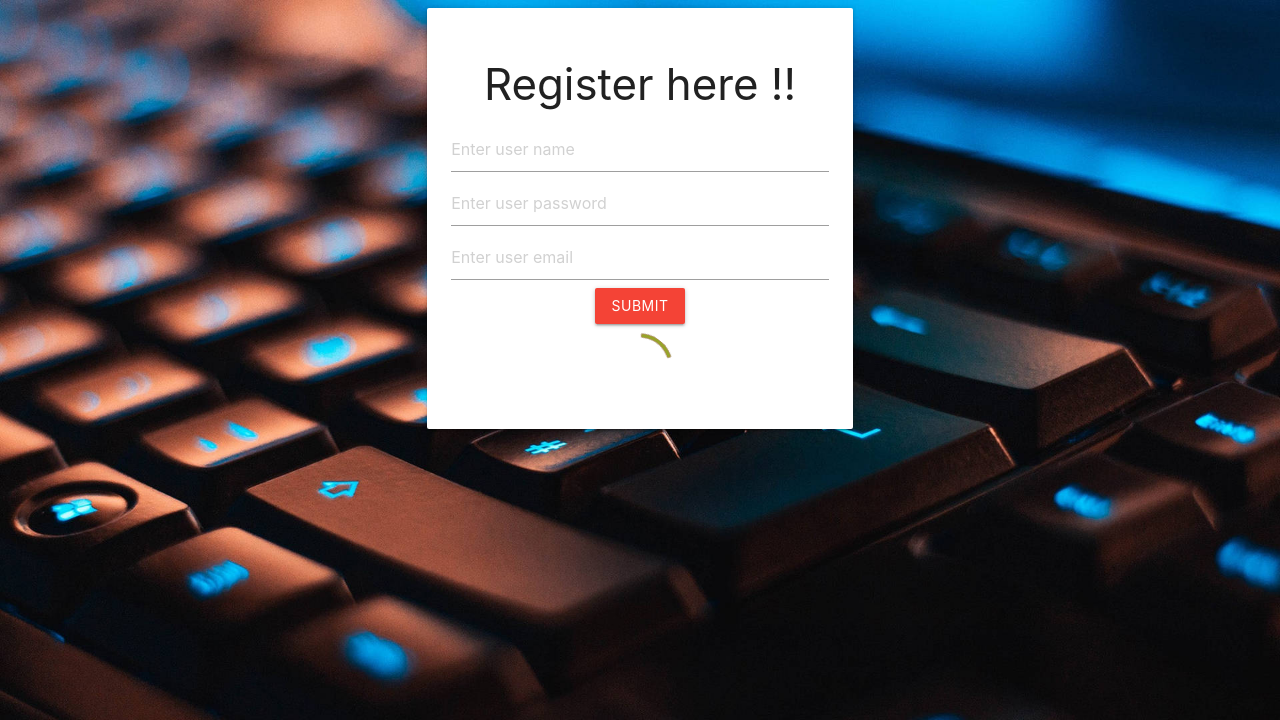
Repository: ShaileshMishr/Javanew
Page: http://localhost/Register/signup.jsp
An editor plug-in stored every save of this project. The page is shown before and after the next save, followed by the edit.
The browser window is 1280 px wide. The pictures show the whole page.
The page is served by Tomcat 10. Other server files are loaded and not shown.

Above is the page before, as saved 2023-10-11 21:43:24.

### Register/src/main/webapp/signup.jsp
<%@ page language="java" contentType="text/html; charset=ISO-8859-1"
    pageEncoding="ISO-8859-1"%>
<!DOCTYPE html>
<html>
<head>
<meta charset="ISO-8859-1">
<title>Register Page</title>

 <!-- Compiled and minified CSS -->
    <link rel="stylesheet" href="https://cdnjs.cloudflare.com/ajax/libs/materialize/1.0.0/css/materialize.min.css">

    <!-- Compiled and minified JavaScript -->
    <script src="https://cdnjs.cloudflare.com/ajax/libs/materialize/1.0.0/js/materialize.min.js"></script>


</head>
<body style="background: url(img/key.jpg);background-size: cover;background-attachment: fixed;" >
<div class="container">
<div class="row">
<div class="col m6 offset-m3">
<div class="card">
<div class="card-content">
<h3 style="margin-top;" class="center-align">Register here !!</h3>
<div class="form center-align">
<!--  creating form -->

<form action="Register" method="post">
<input type="text" name="user_name" placeholder="Enter user name" />
<input type="password" name="user_password" placeholder="Enter user password" />
<input type="email" name="user_email" placeholder="Enter user email" />

<button type="submit" class="btn red">Submit</button>
</form>
</div>
<div class="loader center-align" style="margin-top:10px;">
<div class="preloader-wrapper big active">
      <div class="spinner-layer spinner-blue">
        <div class="circle-clipper left">
          <div class="circle"></div>
        </div><div class="gap-patch">
          <div class="circle"></div>
        </div><div class="circle-clipper right">
          <div class="circle"></div>
        </div>
      </div>

      <div class="spinner-layer spinner-red">
        <div class="circle-clipper left">
          <div class="circle"></div>
        </div><div class="gap-patch">
          <div class="circle"></div>
        </div><div class="circle-clipper right">
          <div class="circle"></div>
        </div>
      </div>

      <div class="spinner-layer spinner-yellow">
        <div class="circle-clipper left">
          <div class="circle"></div>
        </div><div class="gap-patch">
          <div class="circle"></div>
        </div><div class="circle-clipper right">
          <div class="circle"></div>
        </div>
      </div>

      <div class="spinner-layer spinner-green">
        <div class="circle-clipper left">
          <div class="circle"></div>
        </div><div class="gap-patch">
          <div class="circle"></div>
        </div><div class="circle-clipper right">
          <div class="circle"></div>
        </div>
      </div>
    </div>

</div>
</div>
</div>
</div>
</div>



</body>
</html>

After the next save:
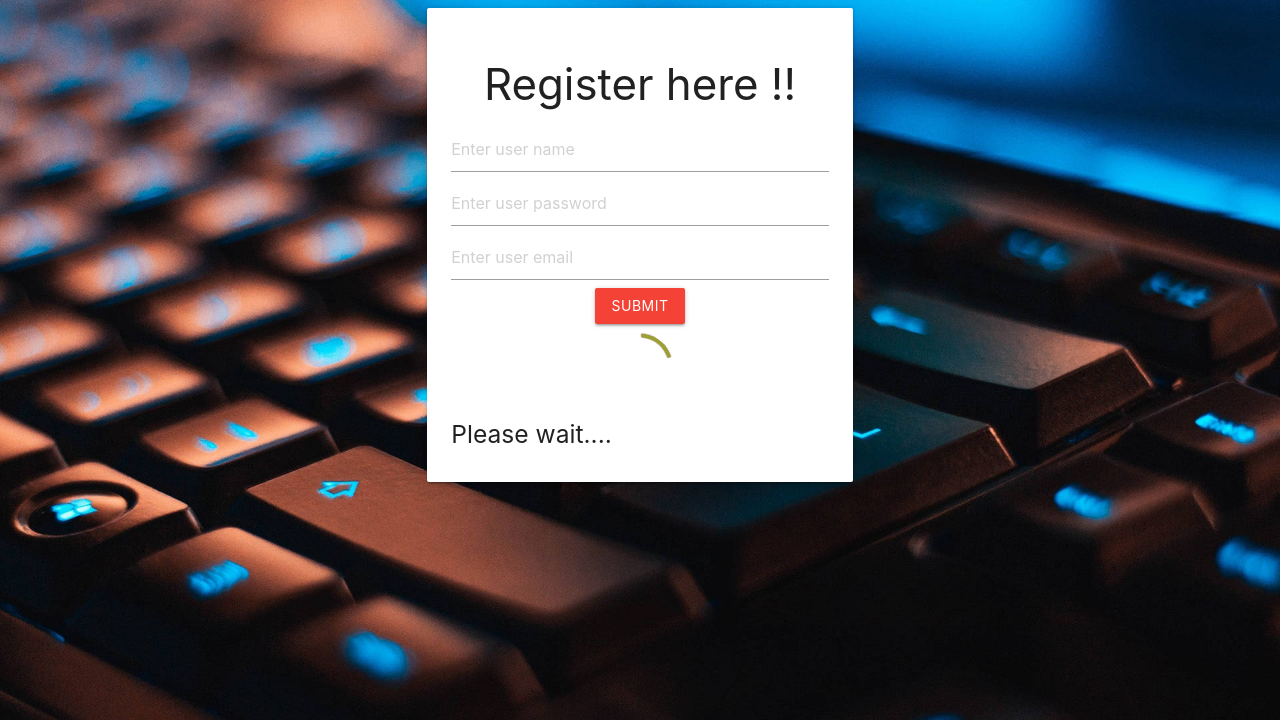
Saved 46 s later.
--- a/Register/src/main/webapp/signup.jsp
+++ b/Register/src/main/webapp/signup.jsp
@@ -76,6 +76,10 @@
     </div>
 
 </div>
+
+<h5>Please wait....</h5>
+
+
 </div>
 </div>
 </div>
